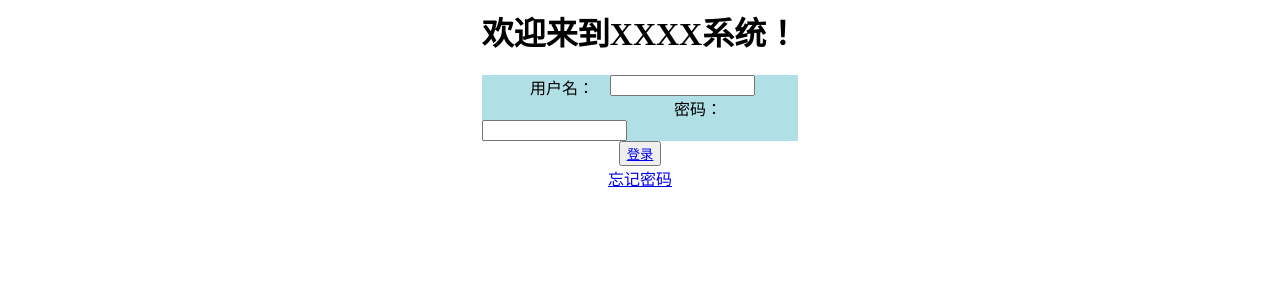
Repository: never-404/Intelligent-recommendation-system
Page: http://localhost/Intelligent-recommendation-system/mine.jsp
The author's editor kept a copy of each file at every save. The page is drawn from the files as they stood at one save, then again after the next save.
The browser window is 1280 px wide. The pictures show the whole page.
The page is served by Tomcat 9. Nobody is signed in. The application's start-up code is not run.

Above is the page before, as saved 2019-04-12 09:54:12.

After the next save:
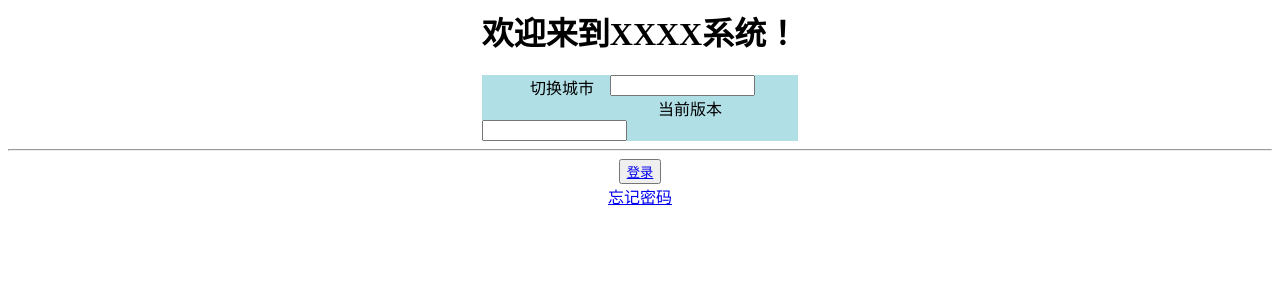
Saved 44 s later.
--- a/Intelligent-recommendation-system/WebRoot/mine.jsp
+++ b/Intelligent-recommendation-system/WebRoot/mine.jsp
@@ -34,12 +34,13 @@
 
 	<h1>欢迎来到XXXX系统！</h1>
     <div class="table">
-    	<lable>用户名：</lable><input type="text" name="number" size="15" maxlength="10">
+    	<lable>切换城市</lable><input type="text" name="number" size="15" maxlength="10">
         <!--学号为10位-->
         <br>
-        <lable>密码：</lable><input type="password" name="passport" size="15" maxlength="10">
+        <lable>当前版本</lable><input type="password" name="passport" size="15" maxlength="10">
         <br>
     </div>
+    <HR>
     <div class="a">
         <button id="denglu">
             <a href="mainpage.jsp">登录</a></button>
